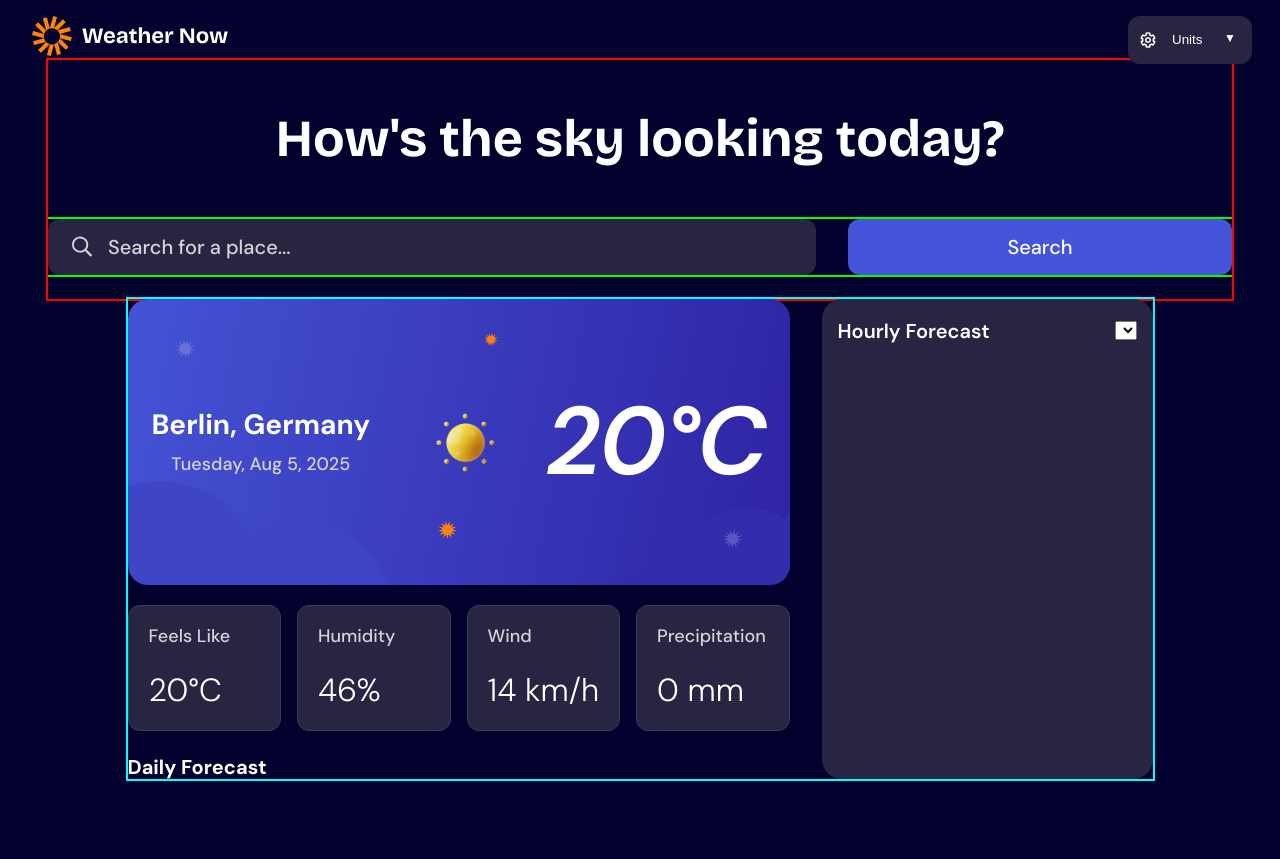
Repository: MKwaak/weather-app-main
Page: index.html
These files come from the project's save history. The page is drawn as it stood at one moment and after the next save; the edit follows.
The browser window is 1280 px wide. The pictures show the whole page.
The page's requests for data from a server got no answer.

Above is the page before, as saved 2026-01-27 01:07:20.

After the next save:
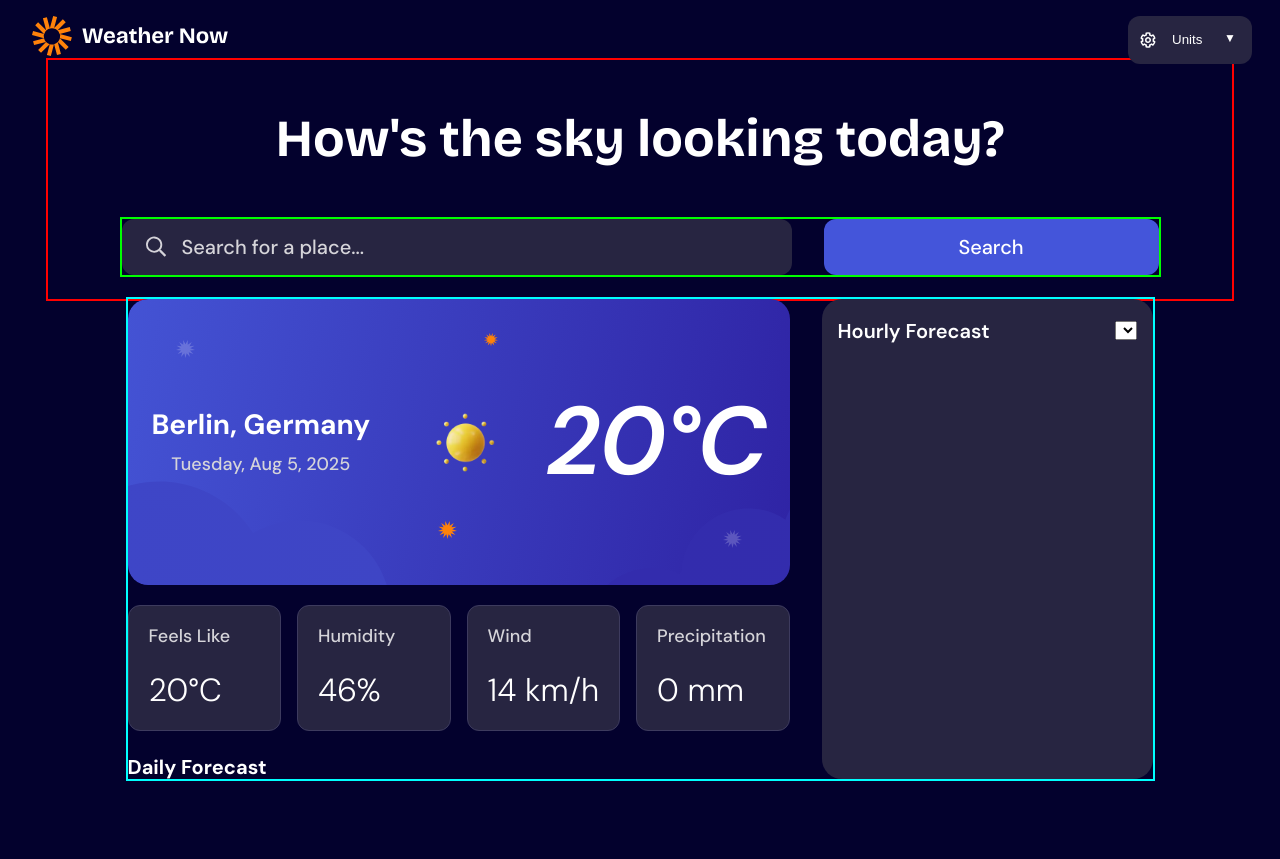
Saved 2 min 57 s later.
--- a/style.css
+++ b/style.css
@@ -322,7 +322,7 @@
 
       /* MATCH DE DASHBOARD-LOGICA: */
       width: 100%;
-      max-width: 1200px; /* Zorg dat dit exact gelijk is aan de max-width van je dashboard */
+      max-width: 1037px; /* Zorg dat dit exact gelijk is aan de max-width van je dashboard */
       margin-inline: auto; /* Dit centreert de balk, net zoals bij het dashboard */
       margin-block-end: 24px;
 
